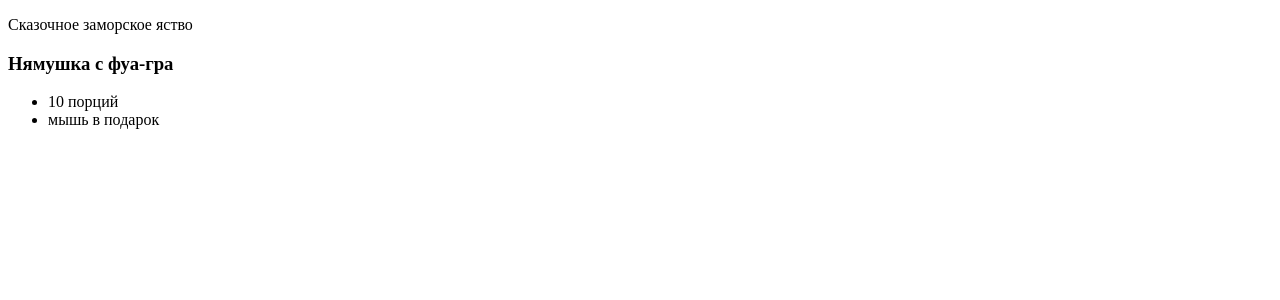
Repository: acbukka/tech-qt
Page: index.html
These files come from the project's save history. The page is drawn as it stood at one moment and after the next save; the edit follows.
The browser window is 1280 px wide. The pictures show the whole page.

Above is the page before, as saved 2022-06-17 14:38:33.

### index.html
<!DOCTYPE html>
<html lang="en">
<head>
  <meta charset="UTF-8">
  <meta http-equiv="X-UA-Compatible" content="IE=edge">
  <meta name="viewport" content="width=device-width, initial-scale=1.0">
  <title>Template</title>
</head>
<body>

  <main>
    <div class="container">
      <div class="cards-wrapper">
        <div class="card-inner">
        <div class="card-item">
          <p class="card-item__pre-title">
            Сказочное заморское яство
          </p>
          <h3 class="card-item__title">
            Нямушка
            <span class="card-item__title-span">
              с фуа-гра
            </span>
          </h3>
          <ul class="card-item__pref-list">
            <li class="card-item__pref">
              <span class="card-item__pref-span">10</span> порций
            </li>
            <li class="card-item__pref">
              мышь в подарок
            </li>
          </ul>
        </div>
        <p class="card-inner__info">

        </p>
      </div>
      </div>
    </div>
  </main>

</body>
</html>

After the next save:
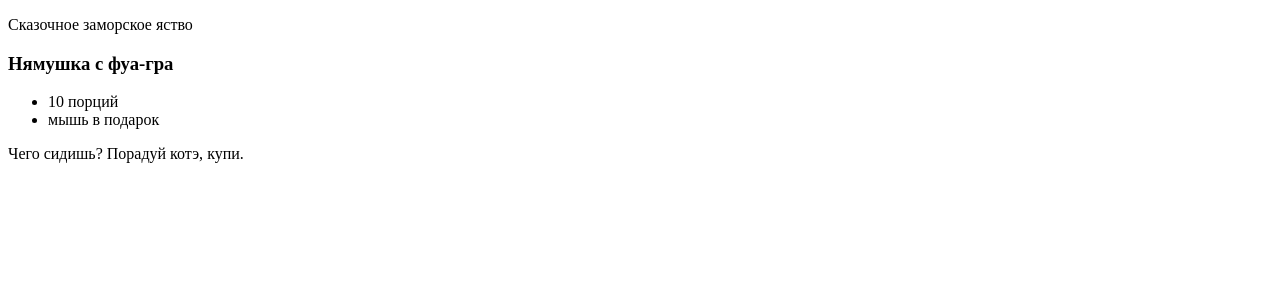
Saved 26 s later.
--- a/index.html
+++ b/index.html
@@ -32,7 +32,7 @@
           </ul>
         </div>
         <p class="card-inner__info">
-
+          Чего сидишь? Порадуй котэ, <a href="" class="card-inner__info-link"></a> купи.
         </p>
       </div>
       </div>
